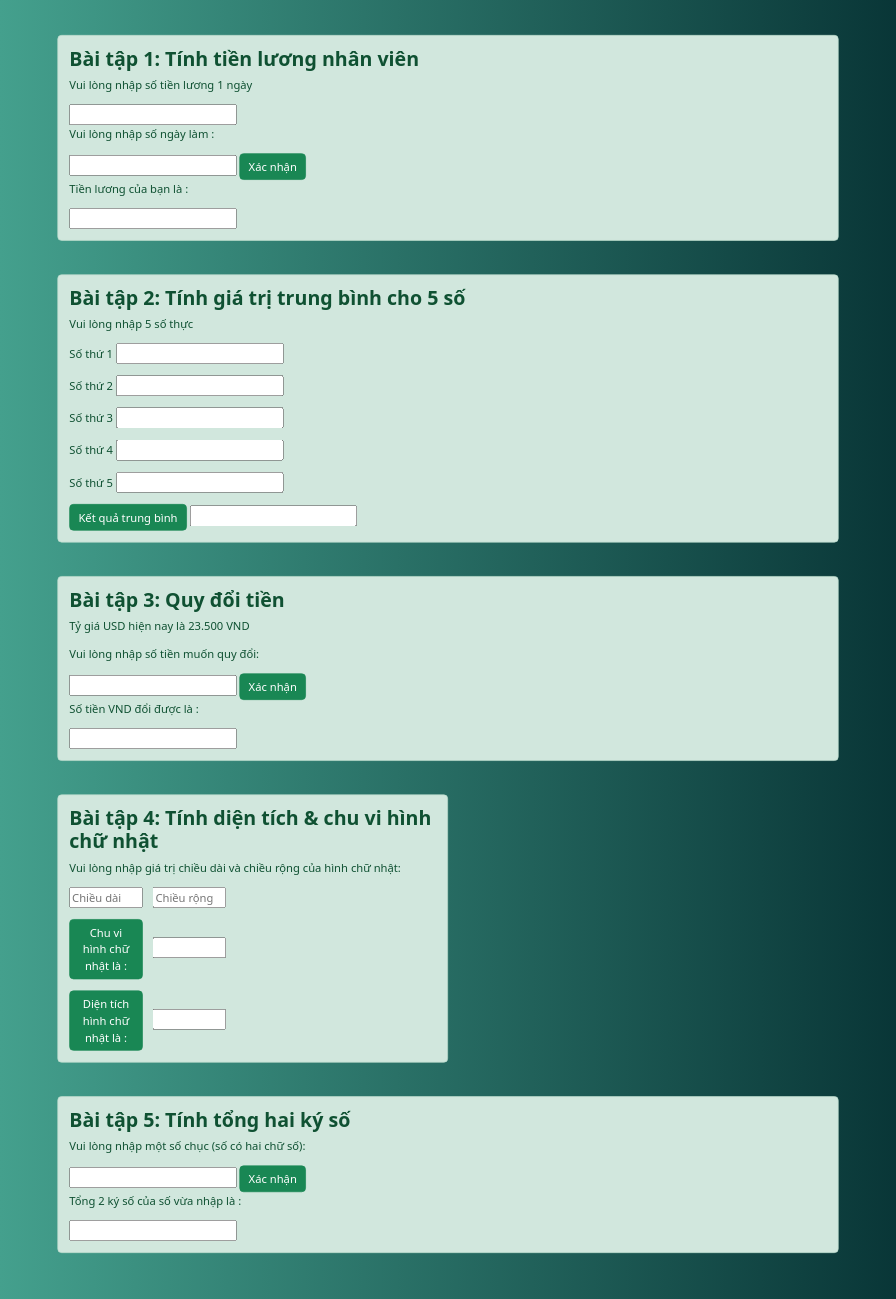
Repository: hcozyph/TranHuuPhuoc_BC43_BT_JS_Buoi2
Page: index.html
These files come from the project's save history. The page is drawn as it stood at one moment and after the next save; the edit follows.
The browser window is 1280 px wide. The pictures show the whole page, at 70% of full size.

Above is the page before, as saved 2023-02-03 21:11:27.

After the next save:
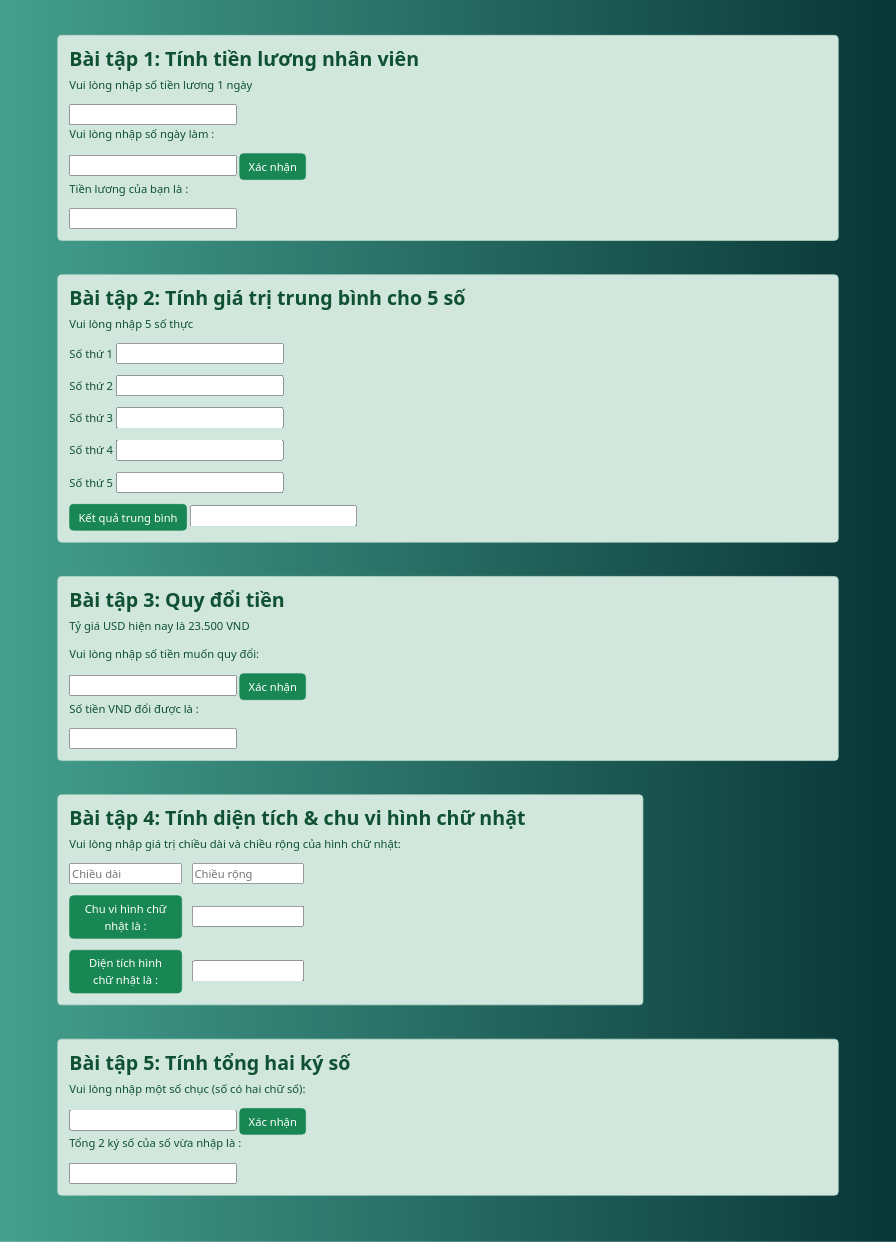
Saved 9 s later.
--- a/index.html
+++ b/index.html
@@ -112,7 +112,7 @@
                 </div>
 
                 <!-- BT4 -->
-                <div class="BT4 alert alert-success mt-5 w-50">
+                <div class="BT4 alert alert-success mt-5 w-75">
                     <h1 class="fs-3 fw-bold">
                         Bài tập 4: Tính diện tích & chu vi hình chữ nhật
                     </h1>
